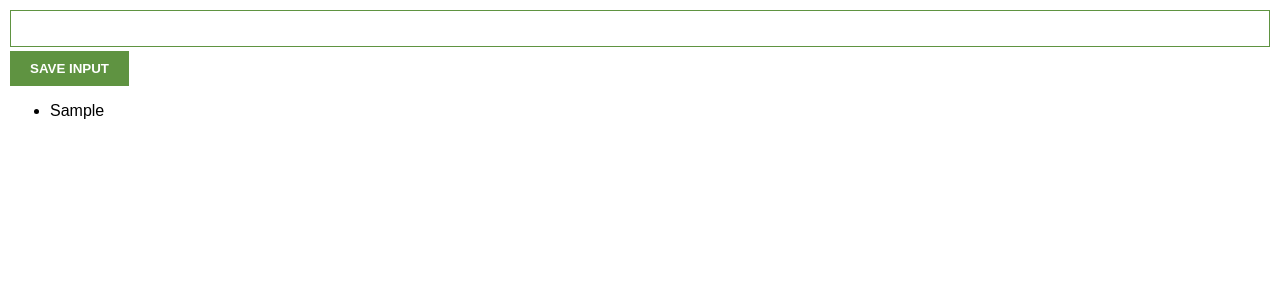
Repository: inno03/Chrome-clone-extension-app
Page: index.html
The author's editor kept a copy of each file at every save. The page is drawn from the files as they stood at one save, then again after the next save.
The browser window is 1280 px wide. The pictures show the whole page.
Empty fields were first filled with sample values (such as "Sample", 5 or name@example.com).
After loading, the first visible `#input-btn` was clicked once.

Above is the page before, as saved 2023-03-09 21:37:25.

After the next save:
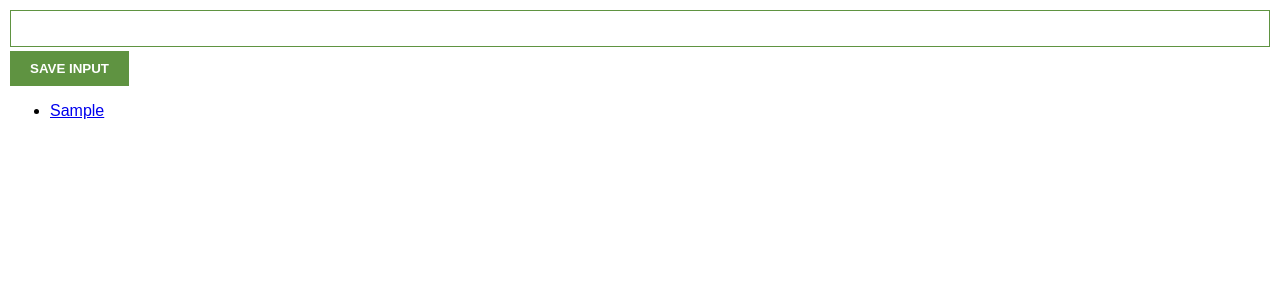
Saved 119 s later.
--- a/index.js
+++ b/index.js
@@ -12,7 +12,7 @@ inputBtn.addEventListener("click", function() {
 function renderLeads() {
     let listItems = ""
     for (let i = 0; i < myLeads.length; i++) {
-        listItems += "<li>" + myLeads[i] + "</li>"
+        listItems += "<li><a target='_blank' href='" + myLeads[i] + "'>" + myLeads[i] + "</a></li>"
     }
     ulEl.innerHTML = listItems
 }
